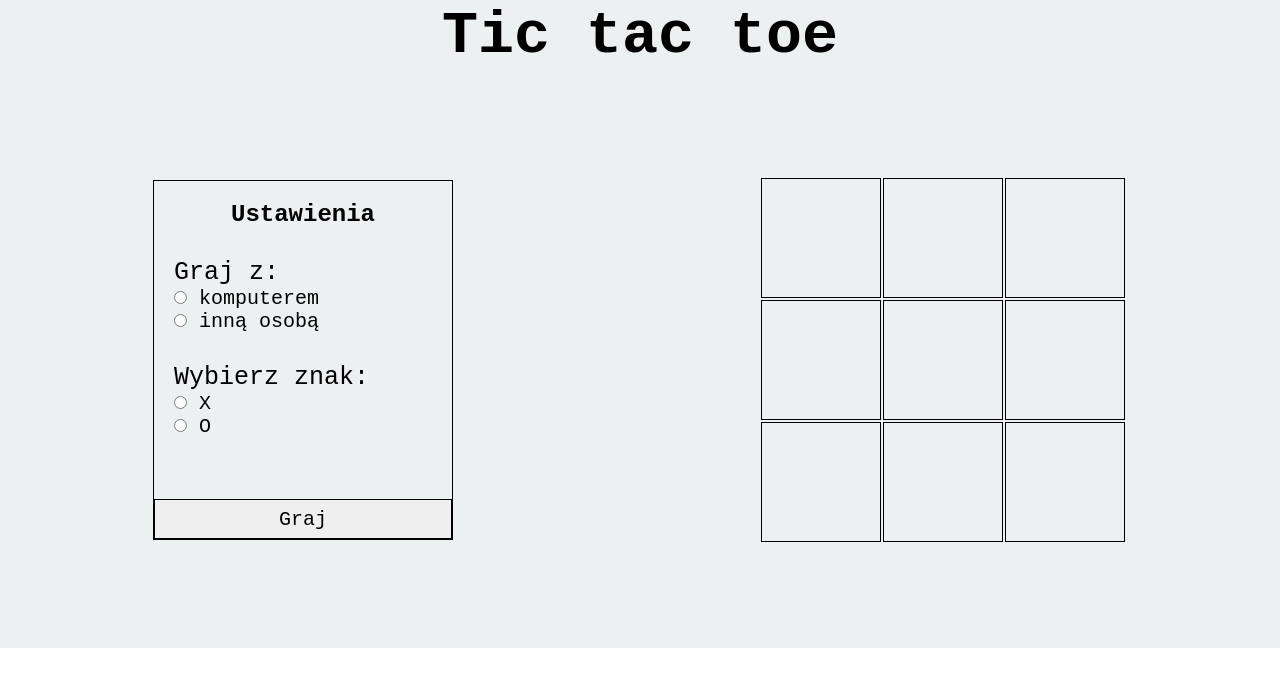
Repository: SebastianArmata22/Tic-Tac-Toe
Page: index.html
These files come from the project's save history. The page is drawn as it stood at one moment and after the next save; the edit follows.
The browser window is 1280 px wide. The pictures show the whole page.
Some web fonts or font styles are not loaded; a fallback is used.

Above is the page before, as saved 2020-11-03 14:50:12.

After the next save:
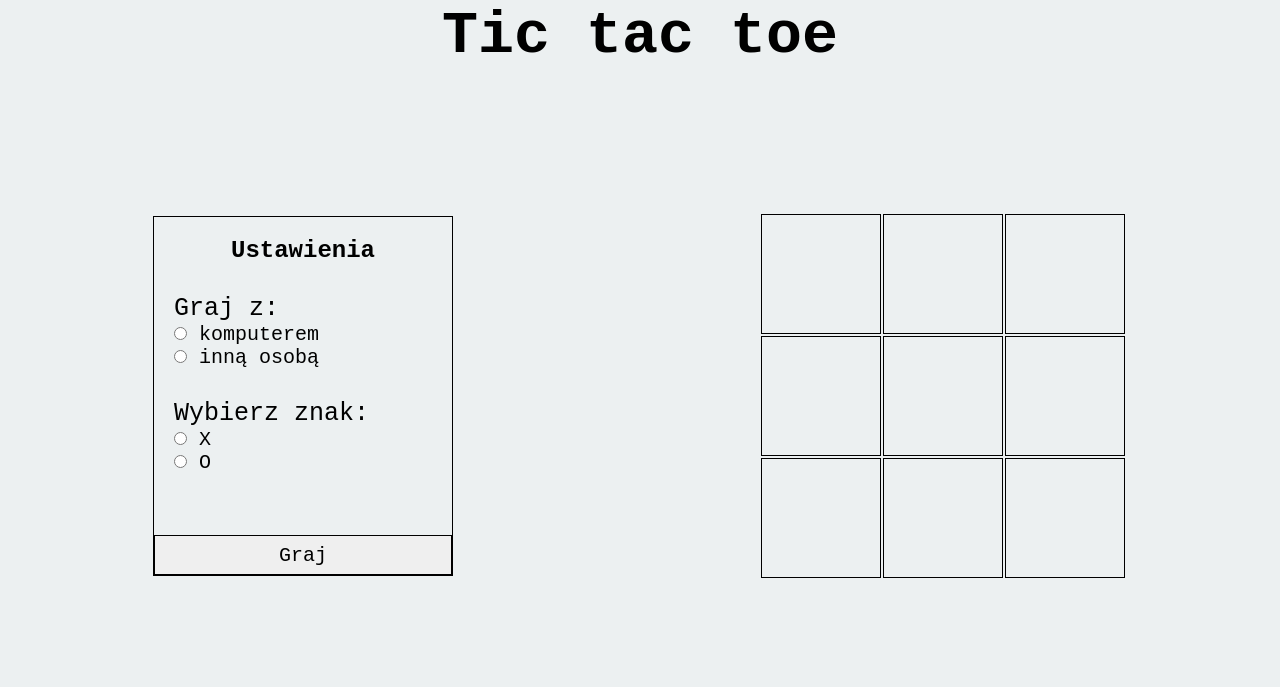
Saved 32 s later.
--- a/style.css
+++ b/style.css
@@ -17,7 +17,7 @@
     display: flex;
     justify-content:space-around;
     align-items: center;
-    min-height: 80vh;
+    min-height: 90vh;
     flex-wrap: wrap;
     background-color: #ecf0f1;
 
